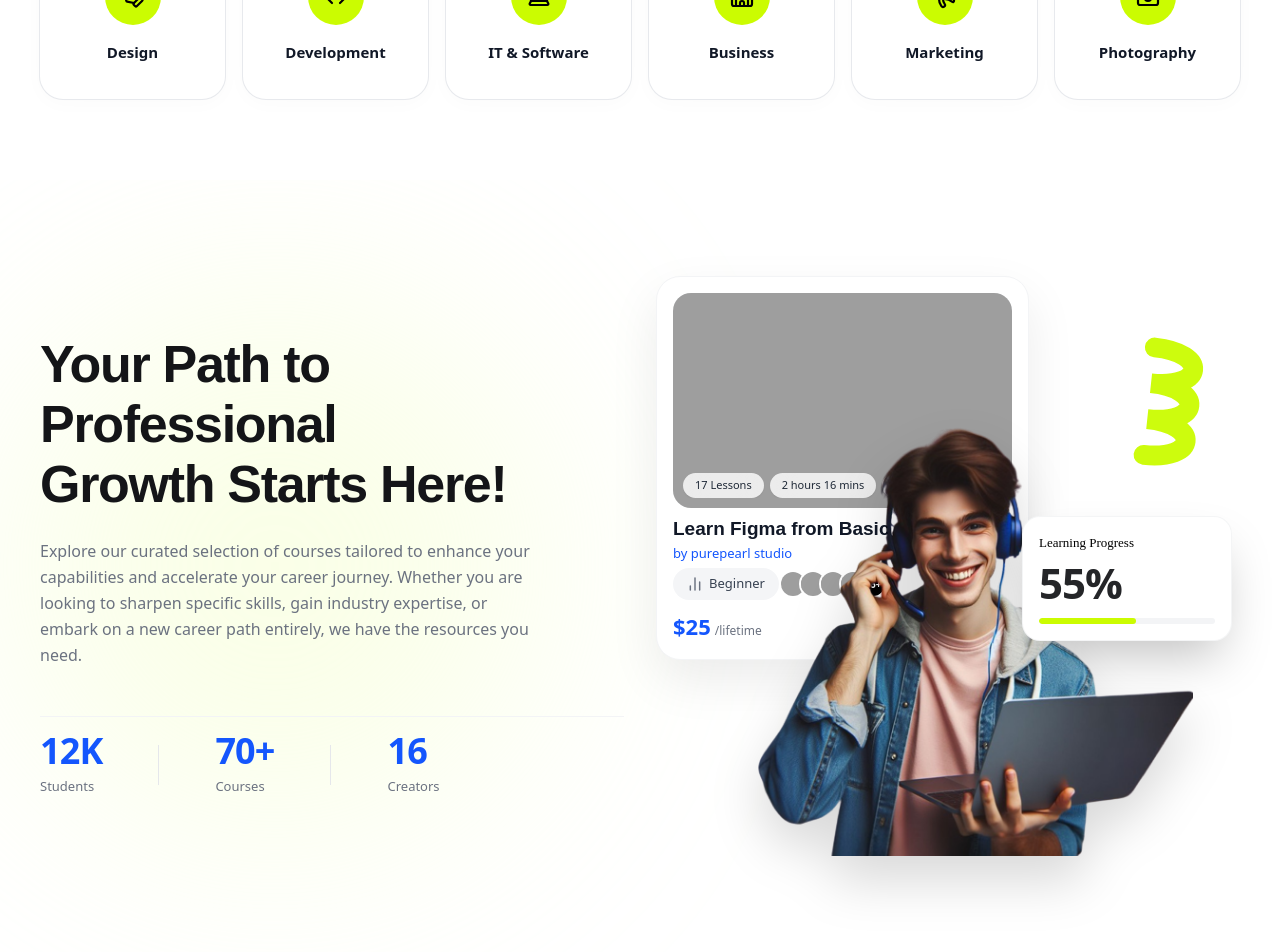
Repository: mdkawsarjomadder/bytespace
Page: /
These files come from the project's save history. The page is drawn as it stood at one moment and after the next save; the edit follows.
The browser window is 1280 px wide. The pictures show the part of the page from y = 2967 to 3919 px (the page is 3919 px tall).
Pictures or frames that could not be fetched are drawn as grey boxes. Some web fonts or font styles are not loaded; a fallback is used. The project was rebuilt for these pictures with package versions that can differ from the ones it lists, and the page was loaded fresh each time. Also part of the build but not shown: vite.config.js.

Above is the page before, as saved 2026-09-30 00:07:03.

### index.html
<!doctype html>
<html lang="en">
  <head>
    <meta charset="UTF-8" />
    <link rel="icon" type="image/svg+xml" href="/favicon.svg" />
    <meta name="viewport" content="width=device-width, initial-scale=1.0" />
    <title>bytespace</title>
  </head>
  <body>
    <div id="root"></div>
    <script type="module" src="/src/main.jsx"></script>
    <link href="https://api.fontshare.com/v2/css?f[]=satoshi@400,500,700&display=swap" rel="stylesheet">
  </body>
</html>

### src/App.jsx
import React from 'react';
import Navbar from './components/Navbar';
import Hero from './components/Hero';
import CategoryPills from './components/CategoryPills';
import CourseGrid from './components/CourseGrid';
import LearningPaths from './components/LearningPaths';
import GrowthStats from './components/GrowthStats';

function App() {
  return (
    <div className="min-h-screen bg-gray-50 font-sans">
      <Navbar />
      <Hero />
      < CategoryPills/>
      < CourseGrid/>
      < LearningPaths/>
      < GrowthStats/>
    </div>
  );
}

export default App;

### src/components/Navbar.jsx
import React from 'react';
import { ShoppingBag } from 'lucide-react';

const Navbar = () => {
  return (
    <header className="w-full h-[120px] bg-[#1456fd] border-b border-blue-400/20 pl-[122px] pr-16 flex items-center justify-between relative z-50">
      {/* 1. Brand Logo (Figma Specs: 171px x 37px) */}
      <div
        className="w-[171px] h-[37px] flex items-center gap-3 cursor-pointer select-none"
        style={{ opacity: 1 }}
      >
        {/* Play Icon Logo */}
        <div className="w-[37px] h-[37px] rounded-full bg-[#d2fb1b] flex items-center justify-center shrink-0">
          <svg
            className="w-4 h-4 text-black fill-current translate-x-0.5"
            viewBox="0 0 24 24"
          >
            <path d="M8 5v14l11-7z" />
          </svg>
        </div>
        {/* Logo Text */}
        <span className="text-[28px] font-bold tracking-tight text-white leading-none font-['Satoshi']">
          ByteSpace
        </span>
      </div>

      {/* 2. Navigation Links */}
      <nav className="hidden md:flex items-center gap-8 font-['Satoshi']">
        <a
          href="#home"
          className="text-[#F5F5F6] text-[16px] leading-[160%] font-normal hover:text-[#d2fb1b] transition-colors"
        >
          Home
        </a>
        <a
          href="#courses"
          className="w-[58px] h-[26px] flex items-center text-[#F5F5F6] text-[16px] leading-[160%] font-normal hover:text-[#d2fb1b] transition-colors"
          style={{ opacity: 1 }}
        >
          Courses
        </a>
        <a
          href="#creators"
          className="text-[#F5F5F6] text-[16px] leading-[160%] font-normal hover:text-[#d2fb1b] transition-colors"
        >
          Creators
        </a>
      </nav>

      {/* 3. Action Buttons & Cart */}
      <div className="flex items-center gap-6 font-['Satoshi']">
        <button
          className="w-[49px] h-[24px] flex items-center justify-center text-[#F5F5F6] text-[16px] leading-[24px] font-normal hover:text-white/80 transition-colors"
          style={{ opacity: 1 }}
        >
          Sign In
        </button>
        <button
          className="h-[24px] px-2 flex items-center justify-center text-[#F5F5F6] text-[16px] leading-[24px] font-normal hover:text-white/80 transition-colors"
          style={{ opacity: 1 }}
        >
          Join us
        </button>
        <button className="text-[#F5F5F6] hover:text-[#d2fb1b] transition-colors flex items-center justify-center ml-2">
          <ShoppingBag size={22} strokeWidth={2} />
        </button>
      </div>
    </header>
  );
};

export default Navbar;

### src/components/CategoryPills.jsx
import React, { useState } from 'react';

const CategoryPills = () => {
  const [activeCategory, setActiveCategory] = useState('Featured');

  // ফিগমার হুবহু ৩টি সারি
  const row1 = [
    'Featured',
    'Music',
    'Drawing & Painting',
    'Marketing',
    'Animation',
    'Social Media',
    'UI/UX Design',
    'Creative Marketing',
  ];

  const row2 = [
    'Digital Illustration',
    'Film & Video',
    'Crafts',
    'Freelance & Entrepreneurship',
    'Graphic Design',
    'Photography',
  ];

  const row3 = [
    'Productivity',
    'Web Development',
    'Data Science',
    'Cooking',
  ];

  return (
    <section className="w-full bg-white pt-24 pb-20 px-4 flex flex-col items-center text-center">
      <div className="w-full max-w-[1200px] mx-auto flex flex-col items-center">

        {/* Title */}
        <h2 className="text-3xl md:text-[44px] font-bold text-[#141518] tracking-tight leading-[1.2] font-['Satoshi',sans-serif]">
          Discover Your Passion, <br /> Build Your Skills
        </h2>

        {/* Subtitle */}
        <p className="mt-4 text-[15px] text-gray-500 max-w-[650px] leading-relaxed font-normal">
          At Bytespace Courses, we bring you closer to life-changing knowledge. Explore a variety of courses across different fields, from technology to the arts, and make a difference in your career and life.
        </p>

        {/* Category Filter Pills (Strict 3 Rows) */}
        <div className="mt-12 flex flex-col items-center gap-3.5 w-full">

          {/* Row 1: 8 Items (No wrap on large screens) */}
          <div className="flex flex-wrap lg:flex-nowrap justify-center items-center gap-2.5">
            {row1.map((item) => (
              <button
                key={item}
                onClick={() => setActiveCategory(item)}
                className={`px-4 py-2 rounded-full text-[13px] font-medium transition-all whitespace-nowrap cursor-pointer ${
                  activeCategory === item
                    ? 'bg-[#CBFC01] text-black font-semibold'
                    : 'bg-[#F4F5F7] text-gray-700 hover:bg-gray-200'
                }`}
              >
                {item}
              </button>
            ))}
          </div>

          {/* Row 2: 6 Items */}
          <div className="flex flex-wrap lg:flex-nowrap justify-center items-center gap-2.5">
            {row2.map((item) => (
              <button
                key={item}
                onClick={() => setActiveCategory(item)}
                className={`px-4 py-2 rounded-full text-[13px] font-medium transition-all whitespace-nowrap cursor-pointer ${
                  activeCategory === item
                    ? 'bg-[#CBFC01] text-black font-semibold'
                    : 'bg-[#F4F5F7] text-gray-700 hover:bg-gray-200'
                }`}
              >
                {item}
              </button>
            ))}
          </div>

          {/* Row 3: 4 Items + More Button */}
          <div className="flex flex-wrap justify-center items-center gap-2.5">
            {row3.map((item) => (
              <button
                key={item}
                onClick={() => setActiveCategory(item)}
                className={`px-4 py-2 rounded-full text-[13px] font-medium transition-all whitespace-nowrap cursor-pointer ${
                  activeCategory === item
                    ? 'bg-[#CBFC01] text-black font-semibold'
                    : 'bg-[#F4F5F7] text-gray-700 hover:bg-gray-200'
                }`}
              >
                {item}
              </button>
            ))}

            {/* + More Button */}
            <button className="px-3 py-2 text-[13px] font-semibold text-[#1456fd] hover:underline cursor-pointer flex items-center gap-1">
              + More
            </button>
          </div>

        </div>

      </div>
    </section>
  );
};

export default CategoryPills;

### src/components/LearningPaths.jsx
import React from 'react';
import { PenTool, Code, Laptop, Building2, Megaphone, Camera } from 'lucide-react';

const paths = [
  { id: 1, name: 'Design', icon: PenTool },
  { id: 2, name: 'Development', icon: Code },
  { id: 3, name: 'IT & Software', icon: Laptop },
  { id: 4, name: 'Business', icon: Building2 },
  { id: 5, name: 'Marketing', icon: Megaphone },
  { id: 6, name: 'Photography', icon: Camera },
];

const LearningPaths = () => {
  return (
    <section className="w-full bg-white py-20 px-4 flex justify-center">
      <div className="w-full max-w-[1202px] flex flex-col items-center text-center">

        {/* Title */}
        <h2 className="text-3xl md:text-[44px] font-bold text-[#141518] tracking-tight leading-[1.2] font-['Satoshi',sans-serif]">
          Explore Diverse Learning Paths at Bytespace
        </h2>

        {/* Subtitle */}
        <p className="mt-4 text-sm md:text-[15px] text-gray-500 max-w-[760px] leading-relaxed font-normal">
          At Bytespace, we believe in empowering individuals through knowledge. Our diverse range of courses spans various fields, ensuring there's something for everyone. Unleash your potential and explore our carefully curated categories.
        </p>

        {/* Learning Path 6 Cards Row (Figma: 1202px x 167px) */}
        <div className="mt-14 w-full grid grid-cols-2 sm:grid-cols-3 lg:grid-cols-6 gap-4">
          {paths.map((item) => {
            const Icon = item.icon;
            return (
              <div
                key={item.id}
                className="h-[167px] bg-white rounded-[24px] border border-gray-200/90 hover:border-gray-300 shadow-[0_4px_20px_rgba(0,0,0,0.02)] hover:shadow-md transition-all duration-200 flex flex-col items-center justify-center gap-4 cursor-pointer group"
              >
                {/* Lime Circular Icon */}
                <div className="w-14 h-14 rounded-full bg-[#CBFC01] flex items-center justify-center transition-transform group-hover:scale-110">
                  <Icon className="w-6 h-6 text-black stroke-[2.2]" />
                </div>

                {/* Path Label */}
                <span className="text-[15px] font-bold text-gray-900 group-hover:text-[#1456fd] transition-colors">
                  {item.name}
                </span>
              </div>
            );
          })}
        </div>

      </div>
    </section>
  );
};

export default LearningPaths;

### src/components/GrowthStats.jsx
import React from 'react';
import { BarChart2 } from 'lucide-react';
import One1 from '../assets/01.png';

const GrowthStats = () => {
  return (
    <section className="relative w-full bg-white py-24 px-4 overflow-hidden flex justify-center">
      {/* Background Soft Glow on Left */}
      <div className="absolute left-0 top-1/2 -translate-y-1/2 w-[550px] h-[550px] bg-[#f2ffc2]/40 rounded-full blur-[120px] pointer-events-none" />

      <div className="w-full max-w-[1200px] grid grid-cols-1 lg:grid-cols-12 gap-12 lg:gap-8 items-center relative z-10">

        {/* ================= LEFT CONTENT AREA ================= */}
        <div className="lg:col-span-6 flex flex-col justify-center text-left">

          {/* Main Heading */}
          <h2 className="text-4xl md:text-[52px] font-bold text-[#141518] tracking-tight leading-[1.15] font-['Satoshi',sans-serif]">
            Your Path to Professional <br /> Growth Starts Here!
          </h2>

          {/* Subtitle Description */}
          <p className="mt-6 text-[15px] md:text-[16px] text-gray-500 leading-relaxed max-w-[500px]">
            Explore our curated selection of courses tailored to enhance your capabilities and accelerate your career journey. Whether you are looking to sharpen specific skills, gain industry expertise, or embark on a new career path entirely, we have the resources you need.
          </p>

          {/* 3 Counter Statistics */}
          <div className="mt-12 flex items-center gap-10 md:gap-14 pt-4 border-t border-gray-100">
            <div>
              <span className="text-3xl md:text-[36px] font-extrabold text-[#1456fd] block leading-none tracking-tight">
                12K
              </span>
              <span className="text-[13px] text-gray-500 font-medium mt-2 block">
                Students
              </span>
            </div>

            <div className="w-[1px] h-10 bg-gray-200" />

            <div>
              <span className="text-3xl md:text-[36px] font-extrabold text-[#1456fd] block leading-none tracking-tight">
                70+
              </span>
              <span className="text-[13px] text-gray-500 font-medium mt-2 block">
                Courses
              </span>
            </div>

            <div className="w-[1px] h-10 bg-gray-200" />

            <div>
              <span className="text-3xl md:text-[36px] font-extrabold text-[#1456fd] block leading-none tracking-tight">
                16
              </span>
              <span className="text-[13px] text-gray-500 font-medium mt-2 block">
                Creators
              </span>
            </div>
          </div>

        </div>

        {/* ================= RIGHT VISUAL COLLAGE ================= */}
        <div className="lg:col-span-6 flex justify-center lg:justify-end">
          <div className="relative w-full max-w-[620px] h-[580px] flex items-end justify-center">

            {/* Top Right Lime Spring */}
            <div className="absolute right-4 top-14 w-24 h-36 pointer-events-none hidden sm:block z-0 opacity-95 rotate-6">
              <svg viewBox="0 0 100 160" fill="none" className="w-full h-full stroke-[#CBFC01]" strokeWidth="22" strokeLinecap="round">
                <path d="M 20 20 C 80 20, 80 60, 20 60 C 80 60, 80 100, 20 100 C 80 100, 80 140, 20 140" />
              </svg>
            </div>

            {/* Back Left Miniature Course Card (Figma Exact: 373px x 384px) */}
            <div
              className="absolute left-0 top-0 z-10 bg-white rounded-[24px] p-4 shadow-[0_20px_50px_rgba(0,0,0,0.08)] border border-gray-100 hidden sm:flex flex-col justify-between"
              style={{ width: '373px', height: '384px' }}
            >
              {/* Image & Overlays */}
              <div className="relative w-full h-[215px] rounded-[18px] overflow-hidden bg-gray-100">
                <img
                  src="https://images.unsplash.com/photo-1581291518857-4e27b48ff24e?auto=format&fit=crop&w=600&q=80"
                  alt="Learn Figma from Basic"
                  className="w-full h-full object-cover"
                />

                {/* 3 Meta Badges */}
                <div className="absolute bottom-2.5 left-2.5 right-2 flex items-center gap-1.5 overflow-hidden">
                  <span className="bg-white/80 backdrop-blur-md text-[11px] font-medium text-gray-800 px-3 py-1 rounded-full shadow-sm shrink-0">
                    17 Lessons
                  </span>
                  <span className="bg-white/80 backdrop-blur-md text-[11px] font-medium text-gray-800 px-3 py-1 rounded-full shadow-sm shrink-0">
                    2 hours 16 mins
                  </span>
                  <span className="bg-white/80 backdrop-blur-md text-[11px] font-medium text-gray-800 px-3 py-1 rounded-full shadow-sm shrink-0">
                    59 Comments
                  </span>
                </div>
              </div>

              {/* Title & Author */}
              <div className="pt-2">
                <h4 className="text-[19px] font-bold text-gray-900 leading-snug font-['Satoshi',sans-serif]">
                  Learn Figma from Basic
                </h4>
                <p className="text-[13px] text-[#1456fd] font-medium mt-0.5">by purepearl studio</p>
              </div>

              {/* Level, Avatars Stack & Price */}
              <div className="pt-1 flex flex-col gap-2">
                <div className="flex items-center">
                  {/* Beginner Badge */}
                  <div className="flex items-center gap-1.5 bg-[#F4F5F7] px-3.5 py-1.5 rounded-full text-gray-700 text-[13px] font-medium shrink-0">
                    <BarChart2 className="w-4 h-4 text-gray-500 stroke-[2.2]" />
                    <span>Beginner</span>
                  </div>

                  {/* 4 Avatars + 26+ Black Badge */}
                  <div className="flex items-center -space-x-2 shrink-0">
                    {/* 1. Man with glasses */}
                    <img
                      src="https://images.unsplash.com/photo-1570295999919-56ceb5ecca61?auto=format&fit=crop&w=80&q=80"
                      alt="Student 1"
                      className="w-7 h-7 rounded-full border-2 border-white object-cover"
                    />
                    {/* 2. Curly blonde hair */}
                    <img
                      src="https://images.unsplash.com/photo-1534528741775-53994a69daeb?auto=format&fit=crop&w=80&q=80"
                      alt="Student 2"
                      className="w-7 h-7 rounded-full border-2 border-white object-cover"
                    />
                    {/* 3. Dark hair woman */}
                    <img
                      src="https://images.unsplash.com/photo-1494790108377-be9c29b29330?auto=format&fit=crop&w=80&q=80"
                      alt="Student 3"
                      className="w-7 h-7 rounded-full border-2 border-white object-cover"
                    />
                    {/* 4. Man in blue shirt */}
                    <img
                      src="https://images.unsplash.com/photo-1507003211169-0a1dd7228f2d?auto=format&fit=crop&w=80&q=80"
                      alt="Student 4"
                      className="w-7 h-7 rounded-full border-2 border-white object-cover"
                    />
                    {/* 5. Black Circle Badge 26+ */}
                    <div className="w-7 h-7 rounded-full bg-black border-2 border-white flex items-center justify-center text-[10px] font-bold text-white shadow-xs">
                      26+
                    </div>
                  </div>
                </div>

                {/* Price Display */}
                <div className="flex items-baseline gap-1 mt-0.5">
                  <span className="text-[22px] font-bold text-[#1456fd]">$25</span>
                  <span className="text-[12px] text-gray-500 font-normal">/lifetime</span>
                </div>
              </div>
            </div>

            {/* Main Student Center Image */}
            <img
              src={One1}
              alt="Student Working"
              className="w-[450px] md:w-[490px] h-auto object-contain relative z-20 pointer-events-none drop-shadow-2xl"
            />

            {/* Floating Learning Progress Card on Right */}
            <div
              className="absolute right-2 top-[240px] z-30 bg-white rounded-[18px] shadow-2xl border border-gray-100/90 flex flex-col justify-between"
              style={{
                width: '210px',
                height: '125px',
                padding: '16px',
              }}
            >
              <span className="font-['Satoshi'] font-medium text-[13px]  block">
                Learning Progress
              </span>

              <span className="font-semibold text-[42px] leading-none tracking-tight text-[#242528] flex items-center">
                55%
              </span>

              <div className="w-full bg-gray-100 h-1.5 rounded-full overflow-hidden mt-1">
                <div className="bg-[#CBFC01] h-full w-[55%] rounded-full" />
              </div>
            </div>

          </div>
        </div>

      </div>
    </section>
  );
};

export default GrowthStats;

Loaded but not shown: src/main.jsx (common file); src/index.css (common file); tailwind.config.js (common file); src/components/Hero.jsx (220 lines, source omitted); src/components/CourseGrid.jsx (160 lines, source omitted)

After the next save:
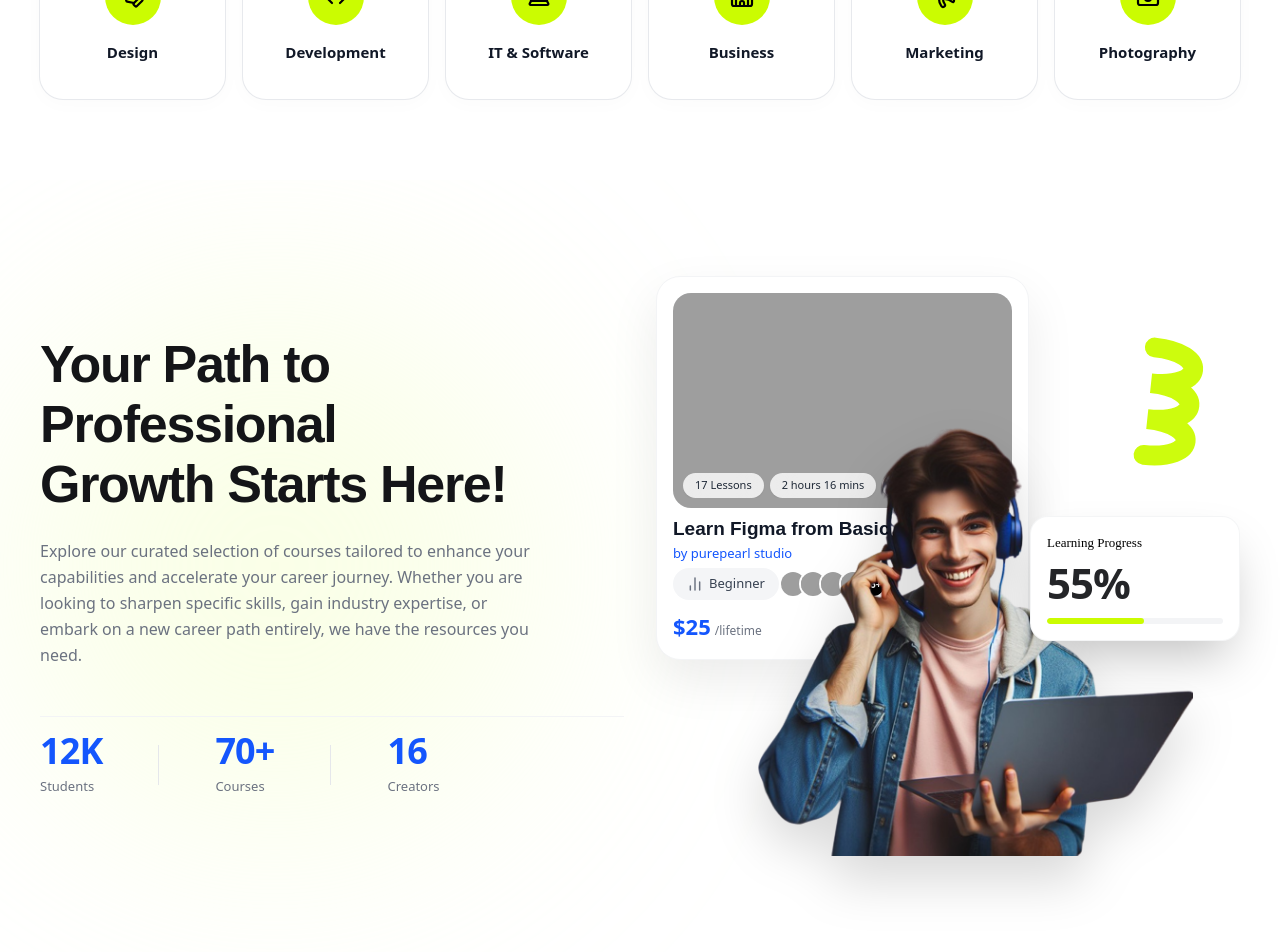
Saved 94 s later.
--- a/src/components/GrowthStats.jsx
+++ b/src/components/GrowthStats.jsx
@@ -164,7 +164,7 @@ const GrowthStats = () => {
 
             {/* Floating Learning Progress Card on Right */}
             <div
-              className="absolute right-2 top-[240px] z-30 bg-white rounded-[18px] shadow-2xl border border-gray-100/90 flex flex-col justify-between"
+              className="absolute right-0 top-[240px] z-30 bg-white rounded-[18px] shadow-2xl border border-gray-100/90 flex flex-col justify-between"
               style={{
                 width: '210px',
                 height: '125px',
